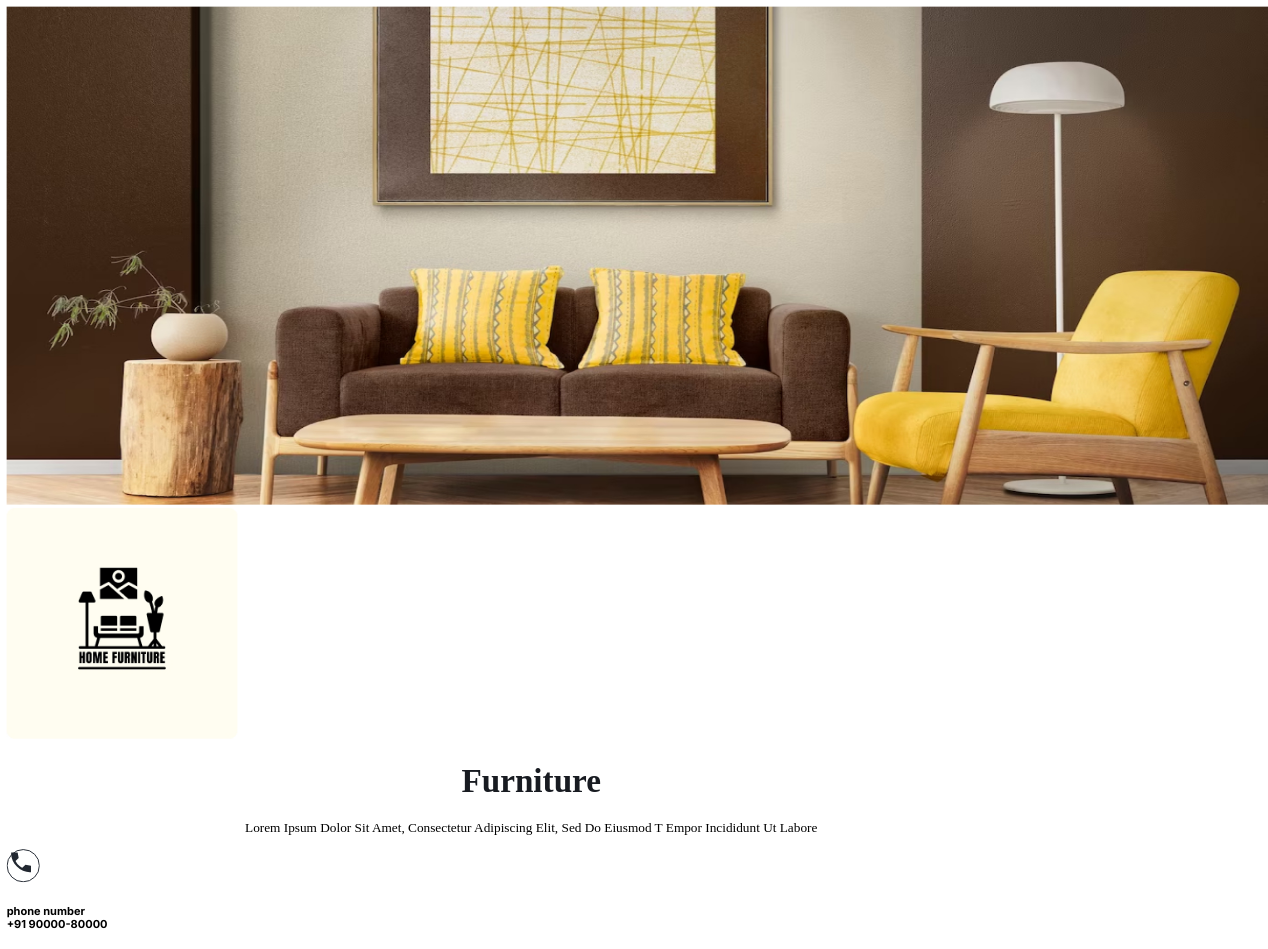
Repository: nikita120402/next13-deploy
Page: /
An editor plug-in stored every save of this project. The page is shown before and after the next save, followed by the edit.
The browser window is 1280 px wide. The page is 1528 px wide, so the pictures cover 1528 px, including what lies to the right of the window. The pictures show the whole page, at 83% of full size.
The project was rebuilt for these pictures with package versions that can differ from the ones it lists, and the page was loaded fresh each time. The framework's server and built-in components were replaced by stand-ins that run in the browser. Also part of the build but not shown: next.config.js.

Above is the page before, as saved 2023-08-02 15:07:23.

After the next save:
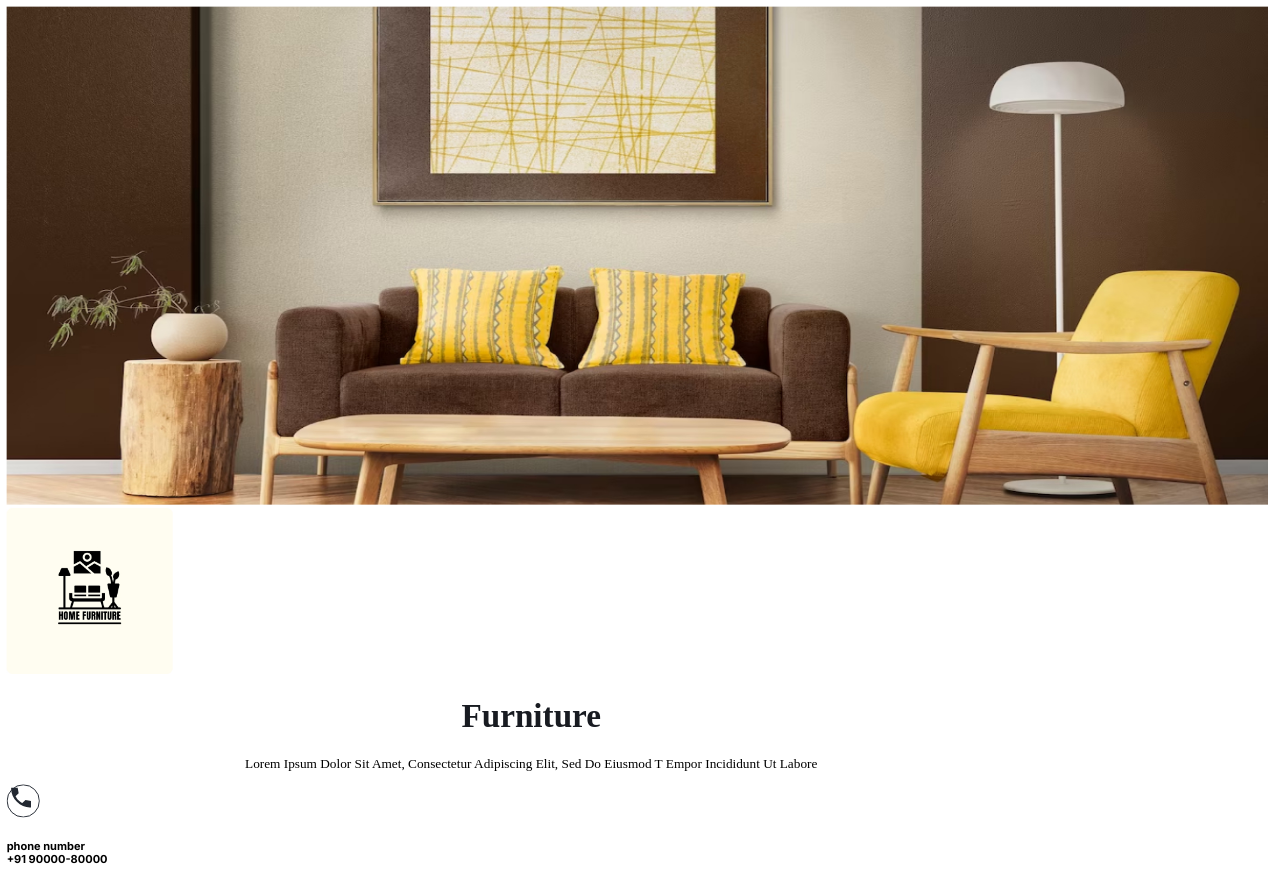
Saved 24 s later.
--- a/src/app/page.tsx
+++ b/src/app/page.tsx
@@ -13,8 +13,8 @@ export default function Page() {
           className={styles.icon}
           src="/../public/image/final logo.jpg"
           alt="Picture"
-          width={278}
-          height={278}
+          width={200}
+          height={200}
           />
           <h1>Furniture</h1>
           <p>Lorem ipsum dolor sit amet, consectetur adipiscing elit, sed do eiusmod t empor incididunt ut labore </p>
